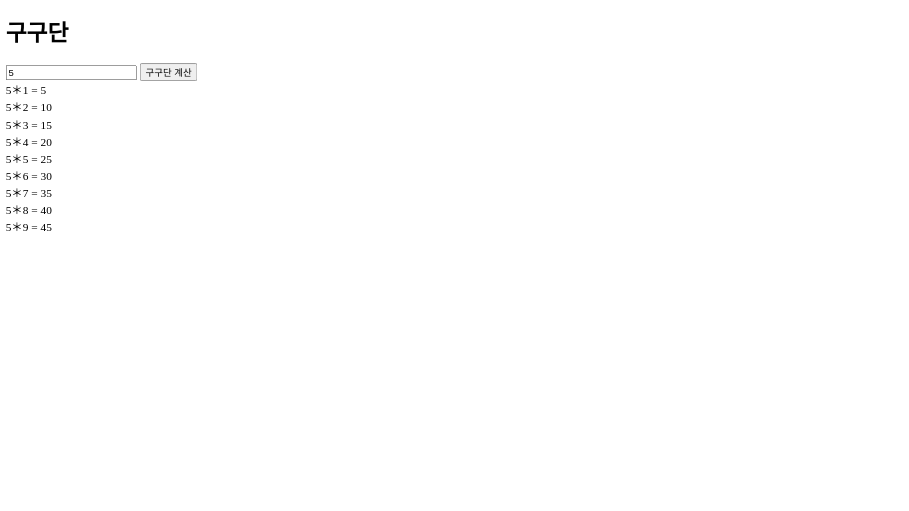
Repository: XenosJM/WEB_CODES
Page: Web03_JavaScript/src/main/webapp/homework/HW01_nonReport.html
These files come from the project's save history. The page is drawn as it stood at one moment and after the next save; the edit follows.
The browser window is 1280 px wide. The pictures show the whole page, at 71% of full size.
Empty fields were first filled with sample values (such as "Sample", 5 or name@example.com).
After loading, the first visible `button` was clicked once.

Above is the page before, as saved 2024-03-20 08:16:17.

After the next save:
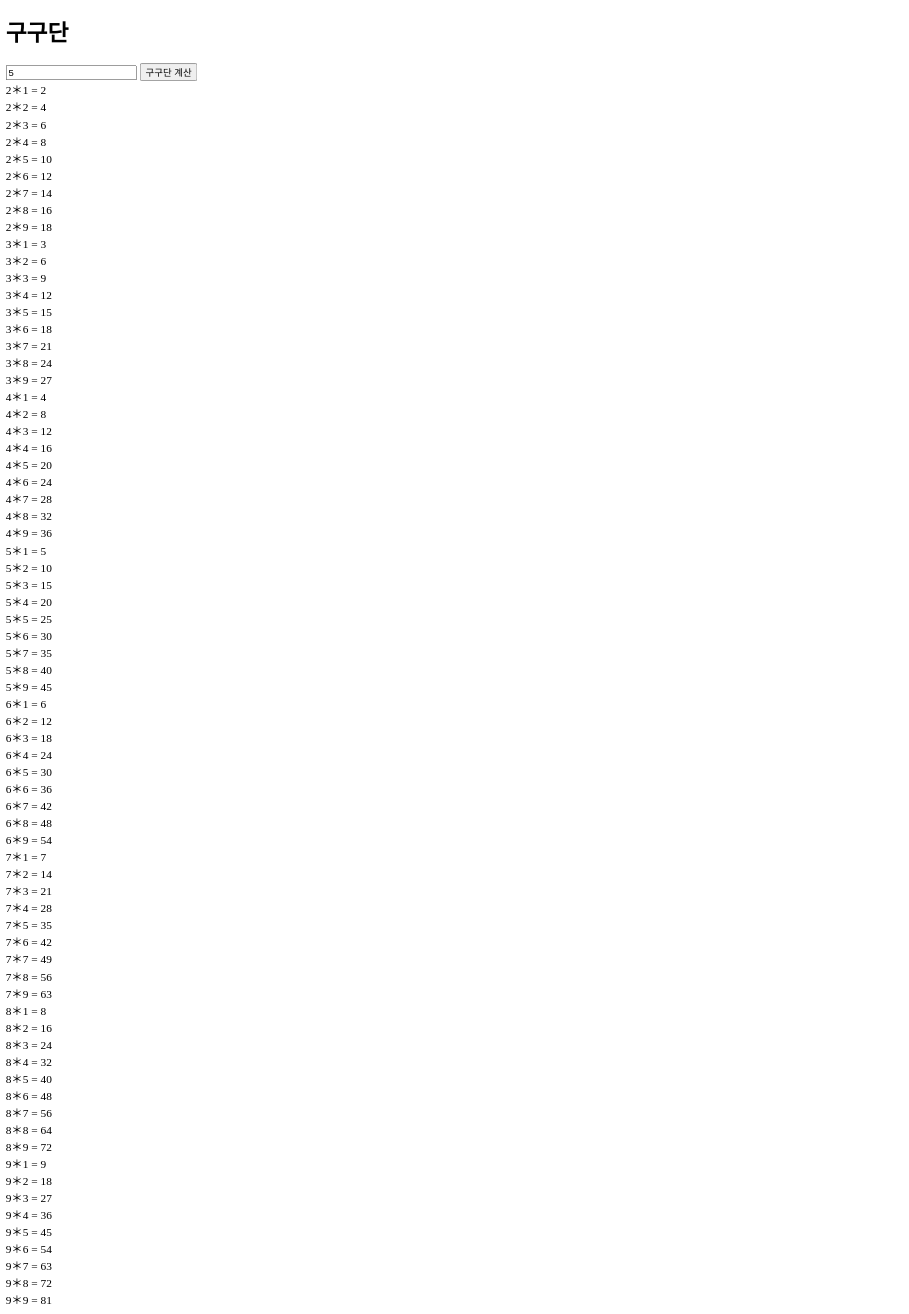
Saved 61 s later.
--- a/Web03_JavaScript/src/main/webapp/homework/HW01_nonReport.html
+++ b/Web03_JavaScript/src/main/webapp/homework/HW01_nonReport.html
@@ -10,31 +10,33 @@
 	<button onclick="multi()">구구단 계산</button>
 	<div id="output"></div>
 	<script type="text/javascript">
-	let output = document.getElementById('output');
-	let iNum = document.getElementById('intNum');
+		let output = document.getElementById('output');
+		let iNum = document.getElementById('intNum');
 
-	function multi(){
-		let x = iNum.value;
-		for(let y = 1; y <= 9; y++){
-		x = parseInt(x);
-		y = parseInt(y);
-		let sum = (x * y);
-			output.innerHTML += x + '＊' + y + ' = ' + sum + '<br>';
-		}
+		function multi() {
 
-		/*
-		0,0 0,1 0,2 0,3 0,4 0,5 0,6
-		1과 5
-		2와 4
-		3
-		2와 4
-		1과 5
+			let x = iNum.value;
+			for (let x = 2; x <= 9; x++) {
+				for (let y = 1; y <= 9; y++) {
+					x = parseInt(x);
+					y = parseInt(y);
+					let sum = (x * y);
+					output.innerHTML += x + '＊' + y + ' = ' + sum + '<br>';
+
+				}
+			}
+
+			/*
+			0,0 0,1 0,2 0,3 0,4 0,5 0,6
+			1과 5
+			2와 4
+			3
+			2와 4
+			1과 5
 
 
-		*/
-	}
-
-
+			 */
+		}
 	</script>
 
 </body>
